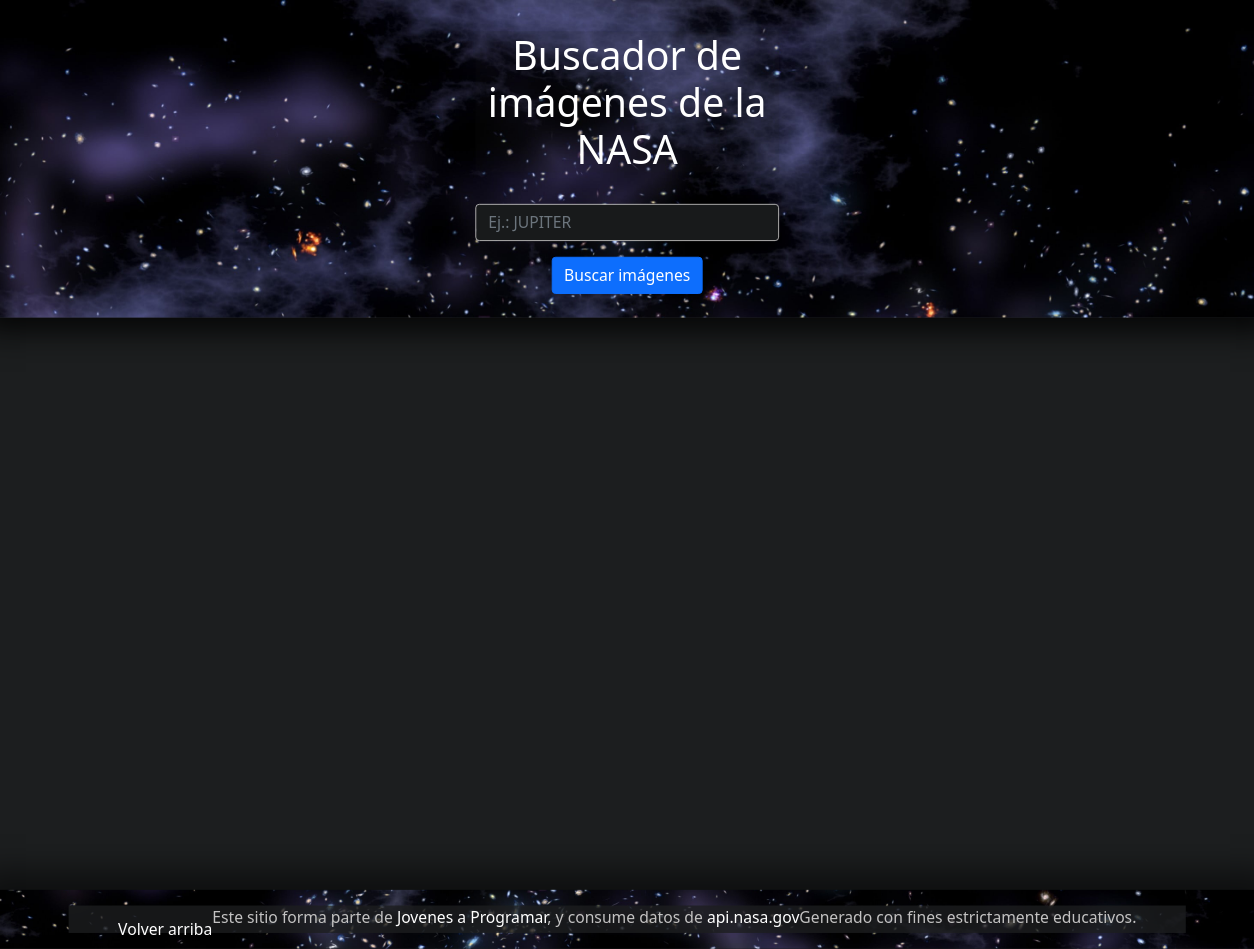
Repository: romancegirl/galaxies
Page: index.html
The author's editor kept a copy of each file at every save. The page is drawn from the files as they stood at one save, then again after the next save.
The browser window is 1280 px wide. The pictures show the whole page, at 98% of full size.

Above is the page before, as saved 2024-11-30 05:40:03.

### index.html
<!doctype html>
<html lang="es">

<head>
  <meta charset="utf-8">
  <meta name="viewport" content="width=device-width, initial-scale=1">
  <title>Buscador de imágenes de la NASA</title>

  <link href="css/bootstrap.min.css" rel="stylesheet">
  <link rel="stylesheet" href="css/style.css">
</head>

<body>

  <header>
    <div id="intro">
      <div class="text-center container">
        <div class="row py-lg-3">
          <div class="col-lg-6 col-md-8 mx-auto" id="beggining">
            <h1 class="fw-light">Buscador de imágenes de la NASA</h1>
            <input type="search" class="form-control" name="buscar" id="inputBuscar" placeholder="Ej.: JUPITER">
            <button class="btn btn-primary my-2" id="btnBuscar">Buscar imágenes</button>
          </div>
        </div>
      </div>
    </div>
  </header>

  <main>
    <div class="container">
      <div id="contenedor">
      </div>
    </div>
  </main>


  <footer class="text-muted py-3">
    <div class="container back">
      <p class="float-end mb-1">
        <a href="#">Volver arriba</a>
      </p>
      <p class="mb-1">Este sitio forma parte de <a href="https://jovenesaprogramar.edu.uy/" target="_blank">
          Jovenes a Programar</a>, y consume datos de <a href="https://api.nasa.gov/" target="_blank">
          api.nasa.gov</a></p>
      <p class="mb-1">Generado con fines estrictamente educativos.</p>
    </div>
  </footer>

  <script src="https://cdn.jsdelivr.net/npm/bootstrap@5.3.1/dist/js/bootstrap.bundle.min.js"></script>
  <script src="js/space.js"></script>

</body>

</html>

### css/style.css
header {
    background-image: url(/img/header.png);
    background-size: cover;
    bottom: 0;
    width: 100%;
    box-shadow: 0 0 30px 20px rgba(0, 0, 0, 0.5);
}

body {
    background-color: #1C1E1F;
    color: #B2B1B0;
    display: flex;
    flex-direction: column;
    min-height: 100vh;
}

main {
    min-height: calc(100vh - 160px);
    flex-grow: 1;
}

#intro {
    padding-top: 1rem;
    position: relative;
    box-shadow: 0 0 20px 10px rgba(0, 0, 0, 0.5);
}

h1 {
    margin-bottom: 2rem;
    color: #fff;
    background-color: #1c1e1f1d;
}

#inputBuscar {
    margin-bottom: 0.5rem;
}

input[type="search"] {
    background-color: #181A1B;
    border: 1px solid #B2B1B0;
    color: #B2B1B0;
}

input[type="search"]:focus {
    box-shadow: 0 0 5px #2D79CC;
    background-color: #181A1B;
    border: 1px solid #2D79CC;
    color: #B2B1B0;
}

.form-control {
    margin-bottom: 0.5rem;
}

.container {
    display: flex;
    align-items: center !important;
    justify-content: center !important;
    justify-items: center !important;
}

#contenedor {
    display: flex;
    flex-wrap: wrap;
    justify-content: center;
    gap: 1rem;
    align-items: center;
}

.card {
    width: 22rem;
    height: 500px;
    display: flex;
    flex-direction: column;
    overflow: hidden;
    margin-top: 2rem;
    background-color: #181A1B;
    color: #c3c2c2;
    box-shadow: 0 0 4px 4px #2d7acc66;
}

.card-img-top {
    width: 100%;
    height: 250px;
    object-fit: cover;
    margin-bottom: 0.8rem;
}

.card-body {
    height: 250px;
    overflow-y: auto;
    padding: 1rem;
}

.card-text {
    display: -webkit-box;
    -webkit-line-clamp: 3;
    -webkit-box-orient: vertical;
    overflow: hidden;
    transition: all 0.3s ease-in-out;
}

.card-text.more {
    -webkit-line-clamp: 3;
    overflow: hidden;
}

.card-text.full {
    -webkit-line-clamp: unset;
    overflow: visible;
}

#more {
    cursor: pointer;
    color: #007bff;
    text-decoration: none;
    display: block;
    margin-top: 10px;
}



footer {
    background-image: url(/img/footer.png);
    background-size: cover;
    bottom: 0;
    width: 100%;
    margin-top: 1.5rem;
    box-shadow: 0 0 30px 20px rgba(0, 0, 0, 0.5);
}

footer p {
    color: #c3c2c2
}

footer a {
    color: #ffffff;
    text-decoration: none;
}

footer a:hover {
    color: #9b9a9b;
    transform: scale(1.05);
    transition: color 0.3s, text-shadow 0.3s;
}

footer .float-end {
    transform: translateY(50%);
}

.back {
    background-color: #1c1e1fca;
width: 100%;
}



/* Para pantallas menores a 1200px (6-6 columnas) */
@media (max-width: 1199px) {
    .col-md-6,
    .col-md-4 {
        flex: 0 0 50%;
        max-width: 50%;
    }
}

/* Para pantallas menores a 768px (12 columnas, ocupan toda la fila) */
@media (max-width: 767px) {
    .col-md-6,
    .col-md-4,
    .col-lg-4 {
        flex: 0 0 100%;
        max-width: 100%;
    }
}

### js/space.js
// Función para alternar la visibilidad del texto
function toggleDescription(button) {
    const cardBody = button.closest('.card-body');
    const descriptionText = cardBody.querySelector('.card-text');

    // Alternar clases entre "more" y "full" en el texto de la descripción
    if (descriptionText.classList.contains('more')) {
        descriptionText.classList.remove('more');
        descriptionText.classList.add('full');
        button.textContent = 'Ver menos'; // Cambiar el texto del botón
    } else {
        descriptionText.classList.remove('full');
        descriptionText.classList.add('more');
        button.textContent = 'Ver más'; // Cambiar el texto del botón
    }
}

// Asegúrate de que el evento de clic esté correctamente asignado en el HTML generado
const inputBuscar = document.getElementById('inputBuscar');
const btnBuscar = document.getElementById('btnBuscar');
const contenedor = document.getElementById('contenedor');

const searchNASAImages = async () => {
    const query = inputBuscar.value.trim();

    if (!query) {
        alert('Por favor, ingresa un término de búsqueda.');
        return;
    }

    const nasaAPI = `https://images-api.nasa.gov/search?q=${query}`;

    try {
        const response = await fetch(nasaAPI);
        const data = await response.json();

        const items = data.collection.items;
        if (!items || items.length === 0) {
            contenedor.innerHTML = `
            <h3><strong>No hemos encontrado información relacionada a "${query}".</strong></h3>`;
            return;
        }

        contenedor.innerHTML = '';

        const row = document.createElement('div');
        row.className = 'row';

        items.forEach((item) => {
            const { title, description, date_created } = item.data[0];
            const imageUrl = item.links?.[0]?.href || 'https://via.placeholder.com/150';

            // Crear la tarjeta
            const card = document.createElement('div');
            // Ajuste de clases según tus requisitos:
            card.className = 'col-md-6 col-lg-4';

            // Contenido de la tarjeta
            card.innerHTML = `
                <div class="card">
                    <img src="${imageUrl}" class="card-img-top" alt="${title}">
                    <div class="card-body">
                        <h5 class="card-title">${title}</h5>
                        <p class="card-text more">${description || 'Descripción no disponible.'}</p>
                        ${description && description.length > 200 ? '<button class="btn btn-link" onclick="toggleDescription(this)">Ver más</button>' : ''}
                        <p class="card-text"><small class="text-muted">Fecha: ${new Date(date_created).toLocaleDateString()}</small></p>
                    </div>
                </div>
            `;

            const descriptionText = card.querySelector('.card-text');
            const moreButton = card.querySelector('#more');
            if (!description || description.length <= 200) {
                if (moreButton) {
                    moreButton.style.display = 'none';
                }
                descriptionText.classList.add('full');
            }

            row.appendChild(card);
        });

        contenedor.appendChild(row);
    } catch (error) {
        console.error('Error al obtener datos:', error);
        contenedor.innerHTML = `<p class="text-center text-danger">Ocurrió un error al obtener los datos.</p>`;
    }
};

btnBuscar.addEventListener('click', searchNASAImages);
inputBuscar.addEventListener('keydown', (event) => {
    if (event.key === 'Enter') {
        event.preventDefault();
        searchNASAImages();
    }
});

Loaded but not shown: css/bootstrap.min.css (library)

After the next save:
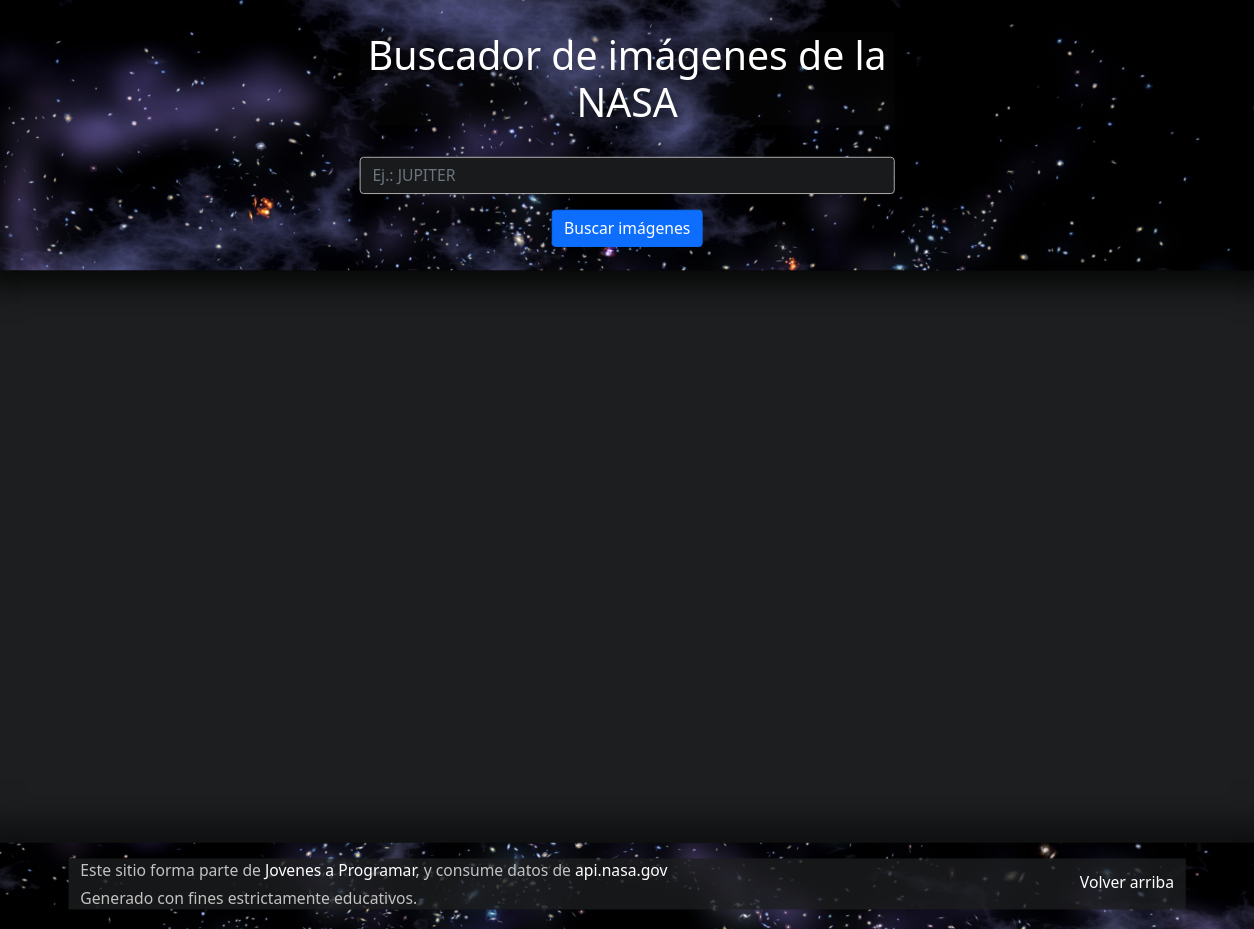
Saved 45 s later.
--- a/css/style.css
+++ b/css/style.css
@@ -52,12 +52,6 @@ input[type="search"]:focus {
     margin-bottom: 0.5rem;
 }
 
-.container {
-    display: flex;
-    align-items: center !important;
-    justify-content: center !important;
-    justify-items: center !important;
-}
 
 #contenedor {
     display: flex;
